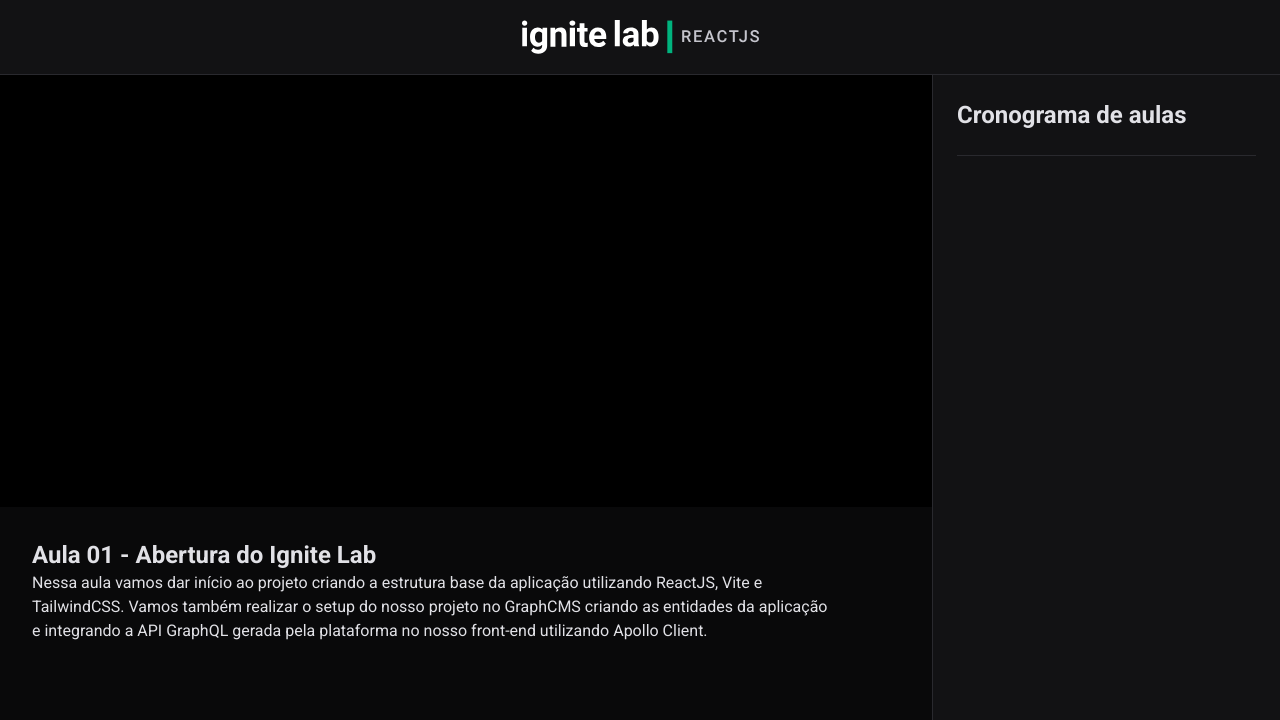
Repository: XFERRER7/Ignite-lab
Page: /
The author's editor kept a copy of each file at every save. The page is drawn from the files as they stood at one save, then again after the next save.
The browser window is 1280 px wide. The pictures show the whole page.
The page's requests for data from a server got no answer. The project was rebuilt for these pictures with package versions that can differ from the ones it lists, and the page was loaded fresh each time. No one was signed in, and anything a server would have sent is missing. Also part of the build but not shown: vite.config.ts, src/components/Lesson.tsx.

Above is the page before, as saved 2022-06-26 01:51:15.

### index.html
<!DOCTYPE html>
<html>
  <head>
    <meta charset="UTF-8" />
    <link rel="icon" type="image/svg+xml" href="/src/favicon.svg" />
    <meta name="viewport" content="width=device-width, initial-scale=1.0" />
    <title>Event Platform</title>
    <link rel="preconnect" href="https://fonts.googleapis.com">
<link rel="preconnect" href="https://fonts.gstatic.com" crossorigin>
<link href="https://fonts.googleapis.com/css2?family=Roboto:wght@400;500;700&display=swap" rel="stylesheet">
  </head>
  <body>
    <div id="root"></div>
    <script type="module" src="/src/main.tsx"></script>
  </body>
</html>

### src/main.tsx
import { ApolloProvider } from '@apollo/client'
import React from 'react'
import ReactDOM from 'react-dom/client'
import App from './App'
import { client } from './lib/apollo'
import './styles/Global.css'

ReactDOM.createRoot(document.getElementById('root')!).render(
  <React.StrictMode>
    <ApolloProvider client={client}>
    <App />
    </ApolloProvider>
  </React.StrictMode>
)

### src/App.tsx
import { Header } from "./components/Header"
import { Lesson } from "./components/Lesson"
import { SideBar } from "./components/SideBar"
import { Video } from "./components/Video"
import { Event } from "./pages/Event"

function App() {

  return (
    <div>
      <Event/>
    </div>
  )
}

export default App

### src/lib/apollo.ts
import { ApolloClient, InMemoryCache } from "@apollo/client";

export const client = new ApolloClient({
  uri: 'https://api-sa-east-1.graphcms.com/v2/cl4oe0npq21lo01xi4o5e7kb5/master',
  cache: new InMemoryCache()
})

### src/styles/Global.css
@tailwind base;
@tailwind components;
@tailwind utilities;

body {
  @apply text-gray-100 bg-gray-900;
  -webkit-font-smoothing: antialiased;
}

### src/pages/Event.tsx
import React from 'react'
import { Header } from '../components/Header'
import { SideBar } from '../components/SideBar'
import { Video } from '../components/Video'

export const Event = () => {
  return (
    <>
    <div className='flex flex-col min-h-screen'>
      <Header/>
      <main className='flex flex-1'>
      <Video/>
      <SideBar/>
      </main>
    </div>

    </>
  )
}

### src/components/Header.tsx
import React from 'react'
import { Logo } from './Logo'

export const Header = () => {
  return (
    <header className='w-full py-5 flex items-center justify-center bg-gray-700 border-b border-gray-600'>
      <Logo/>
    </header>
  )
}

### src/components/SideBar.tsx
import { gql, useQuery } from '@apollo/client'
import React from 'react'
import { Lesson } from './Lesson'


const GET_LESSONS_QUERY = gql`
  query {
    lessons(orderBy: availableAt_ASC, stage: PUBLISHED) {
      id
      slug
      title
      availableAt
      lessonType
    }
}

`

interface GetLessonsQueryResponse {
  lessons: {
    id: string
    slug:string
    title:string
    availableAt:string
    lessonType: 'live' | 'class'
  }[]
}


export const SideBar = () => {

  const {data} = useQuery<GetLessonsQueryResponse>(GET_LESSONS_QUERY)

  return (
    <aside className='w-[348px] bg-gray-700 p-6 border-l border-gray-600'>
      <span className='font-bold text-2xl pb-6 mb-6 border-b border-gray-600 block'>Cronograma de aulas</span>

      <div className='flex flex-col gap-8'>
        {
          data?.lessons.map(lesson => {
            return (
              <Lesson
              title={lesson.title}
              slug={lesson.slug}
              avaliableAt={new Date(lesson.availableAt)}
              type={lesson.lessonType}/>
            )
          })
        }

      </div>
    </aside>
  )
}

### src/components/Video.tsx
import React from 'react'

export const Video = () => {
  return (
    <div className="flex-1">
      <div className="bg-black flex justify-center">
        <div className='h-full w-full max-w-[1100px] max-h-[60vh] aspect-video'></div>
      </div>

      <div className='p-8 max-w-[1100px] mx-auto'>

        <div className='flex items-start gap-16'>
          <div className='flex-1'>
            <h1 className='text-2xl font-bold'>Aula 01 - Abertura do Ignite Lab</h1>
            <p className=''>
              Nessa aula vamos dar início ao projeto criando a estrutura base da aplicação
              utilizando ReactJS, Vite e TailwindCSS. Vamos também realizar o setup do nosso
              projeto no GraphCMS criando as entidades da aplicação e integrando a API GraphQL
              gerada pela plataforma no nosso front-end utilizando Apollo Client.
            </p>
          </div>
          <div>

          </div>
        </div>

        <div>

        </div>

      </div>

    </div>
  )

}

### src/components/Logo.tsx
import React from "react";

export function Logo() {
  return (
    <svg
      xmlns="http://www.w3.org/2000/svg"
      width="237"
      height="34"
      fill="none"
      viewBox="0 0 237 34"
    >
      <path
        fill="#fff"
        d="M.002 3.112a2.49 2.49 0 01.165-.987c.12-.314.304-.595.535-.83A2.906 2.906 0 012.615.572c.698 0 1.374.257 1.912.723.23.24.412.524.536.837a2.701 2.701 0 010 1.979 2.568 2.568 0 01-.536.837 2.889 2.889 0 01-1.907.723 2.901 2.901 0 01-1.908-.723 2.458 2.458 0 01-.538-.84 2.645 2.645 0 01-.172-.996zm4.96 23.146H.273V7.862h4.689v18.397zM8.012 16.973c0-2.853.686-5.145 2.055-6.883a6.653 6.653 0 015.528-2.606 5.869 5.869 0 014.802 2.09l.2-1.751h4.538v17.95a7.891 7.891 0 01-1.12 4.246 7.243 7.243 0 01-3.147 2.752 11.155 11.155 0 01-4.742.94c-1.378 0-2.74-.279-4.008-.812a7.08 7.08 0 01-2.946-2.11l2.208-3.02a5.905 5.905 0 004.543 2.08 4.356 4.356 0 003.104-1.059 3.938 3.938 0 001.103-2.993v-.994a5.775 5.775 0 01-4.555 1.935 6.647 6.647 0 01-3.05-.652 6.615 6.615 0 01-2.408-1.967c-1.397-1.752-2.085-4.089-2.085-6.942v-.21h-.025l.005.006zm4.997.355a6.723 6.723 0 001.026 3.956 3.233 3.233 0 002.799 1.443c.651.045 1.3-.088 1.878-.39a3.52 3.52 0 001.396-1.305v-7.825a3.448 3.448 0 00-1.374-1.305 3.504 3.504 0 00-1.86-.39 3.28 3.28 0 00-1.61.365 3.22 3.22 0 00-1.219 1.103c-.688.975-1.036 2.418-1.036 4.348zM33.098 7.833l.158 2.196a6.527 6.527 0 012.371-1.927 6.38 6.38 0 012.971-.62c1.97 0 3.438.597 4.39 1.79.953 1.194 1.456 2.936 1.486 5.293v12.249h-4.962V14.683a3.367 3.367 0 00-.684-2.344 3.086 3.086 0 00-1.069-.598 3.008 3.008 0 00-1.211-.13 3.349 3.349 0 00-1.821.454c-.553.32-1.01.794-1.313 1.367v13.37H28.45V7.845l4.647-.012zM47.512 3.112a2.304 2.304 0 01.185-.988 2.42 2.42 0 01.59-.831A3.439 3.439 0 0150.404.57c.772 0 1.52.256 2.117.723.508.486.792 1.142.792 1.826 0 .683-.284 1.34-.792 1.826a3.417 3.417 0 01-2.11.723c-.77 0-1.517-.257-2.11-.723a2.47 2.47 0 01-.594-.839 2.342 2.342 0 01-.19-.994h-.005zm5.483 23.149h-5.18V7.86h5.18v18.4zM62.454 3.334v4.612h3.107v3.677h-3.107v9.382c-.05.53.091 1.063.395 1.495a1.824 1.824 0 001.473.45c.476.002.95-.035 1.421-.114v3.803a9.672 9.672 0 01-2.939.449c-3.398 0-5.128-1.775-5.19-5.32V11.644h-2.642V7.968h2.643V3.356h4.841v-.025l-.002.003zM76.487 27.08a9.277 9.277 0 01-6.759-2.55c-1.74-1.699-2.605-3.957-2.605-6.797v-.494a11.295 11.295 0 011.098-5.08 8.141 8.141 0 013.111-3.465 8.72 8.72 0 014.59-1.22c2.577 0 4.62.815 6.098 2.449 1.478 1.633 2.226 3.94 2.226 6.929v2.055h-12.01a4.665 4.665 0 001.473 2.971 4.487 4.487 0 003.111 1.111 5.426 5.426 0 004.548-2.115l2.476 2.781a7.506 7.506 0 01-3.07 2.507 9.81 9.81 0 01-4.287.916v.002zm-.594-15.514a3.127 3.127 0 00-2.428 1.012 5.405 5.405 0 00-1.188 2.912h7.006v-.405a3.749 3.749 0 00-.908-2.608 3.252 3.252 0 00-2.45-.908h-.03l-.002-.003zM97.771 26.259h-4.957V0h4.957V26.26zM112.209 26.259c-.227-.444-.392-.997-.496-1.659-1.196 1.333-2.751 2.002-4.666 2.002-1.811 0-3.314-.523-4.504-1.572-1.191-1.049-1.786-2.372-1.786-3.966 0-1.96.725-3.464 2.179-4.513 1.453-1.049 3.553-1.58 6.3-1.59h2.273v-1.06c0-.854-.22-1.54-.659-2.051-.44-.513-1.131-.77-2.078-.77-.832 0-1.486.2-1.957.6-.474.4-.708.945-.708 1.64h-4.941c0-1.07.331-2.062.992-2.973.662-.91 1.597-1.626 2.804-2.144 1.206-.518 2.564-.778 4.069-.778 2.28 0 4.089.573 5.429 1.718 1.34 1.145 2.009 2.756 2.009 4.83v8.017c.012 1.754.256 3.082.735 3.983v.29h-4.992l-.003-.004zm-4.086-3.435c.728 0 1.402-.163 2.016-.486.614-.326 1.071-.76 1.367-1.308v-3.181h-1.846c-2.472 0-3.79.854-3.948 2.564l-.017.291c0 .614.217 1.123.649 1.523.434.4 1.026.6 1.779.6v-.003zM136.58 17.183c0 2.963-.632 5.273-1.898 6.931-1.265 1.659-3.032 2.488-5.3 2.488-2.006 0-3.608-.77-4.805-2.308l-.222 1.967h-4.444V.001h4.94v9.418c1.14-1.332 2.638-2 4.496-2 2.256 0 4.025.828 5.308 2.487 1.283 1.658 1.923 3.992 1.923 7v.274l.002.003zm-4.94-.358c0-1.868-.296-3.233-.889-4.094-.592-.861-1.475-1.29-2.65-1.29-1.572 0-2.655.643-3.247 1.932v7.299c.604 1.298 1.697 1.95 3.282 1.95 1.584 0 2.643-.788 3.146-2.36.239-.752.358-1.897.358-3.437z"
      ></path>
      <path
        fill="#C4C4CC"
        d="M164.51 17.501h-2.283v4.53h-2.048v-11.78h4.143c1.36 0 2.408.306 3.149.915.74.61 1.108 1.493 1.108 2.648 0 .787-.19 1.449-.57 1.98-.38.532-.911.94-1.59 1.226l2.646 4.906v.106h-2.194l-2.364-4.531h.003zm-2.283-1.65h2.105c.691 0 1.229-.176 1.619-.524.39-.348.582-.824.582-1.429 0-.604-.18-1.12-.538-1.466-.358-.345-.893-.523-1.606-.533h-2.162V15.85zM179.066 16.773h-4.839v3.625h5.656v1.634h-7.704V10.25h7.648v1.65h-5.6v3.253h4.839v1.62zM189.803 19.29h-4.565l-.955 2.744h-2.127l4.452-11.783h1.836l4.459 11.783h-2.137l-.963-2.744zm-3.99-1.65h3.415l-1.707-4.89-1.708 4.89zM204.716 18.197c-.119 1.256-.583 2.238-1.392 2.941-.81.703-1.885 1.056-3.228 1.056-.938 0-1.764-.222-2.48-.668-.715-.445-1.266-1.079-1.656-1.898-.387-.82-.589-1.772-.607-2.858v-1.1c0-1.11.198-2.09.59-2.937.392-.846.96-1.5 1.695-1.96.736-.458 1.587-.688 2.554-.688 1.301 0 2.347.353 3.139 1.057.792.703 1.254 1.7 1.385 2.99h-2.039c-.096-.846-.343-1.458-.74-1.833-.397-.375-.977-.563-1.745-.563-.89 0-1.574.326-2.05.977-.479.652-.721 1.605-.733 2.863v1.044c0 1.273.227 2.245.683 2.917.457.668 1.123 1.004 2.004 1.004.805 0 1.409-.18 1.814-.543.405-.363.661-.962.77-1.804h2.038l-.002.003zM216.481 11.902h-3.674v10.132h-2.031V11.902h-3.642V10.25h9.347v1.65zM222.759 10.251h2.039v8.262c0 1.127-.353 2.023-1.057 2.687-.703.664-1.633.995-2.788.995-1.229 0-2.179-.311-2.848-.93-.669-.62-1.004-1.484-1.004-2.59h2.038c0 .627.156 1.096.467 1.412.31.316.76.474 1.347.474.55 0 .989-.183 1.315-.545.326-.366.489-.867.489-1.51V10.25h.002zM234.952 18.999c0-.518-.183-.918-.545-1.197-.363-.279-1.022-.563-1.972-.849-.95-.286-1.705-.604-2.265-.955-1.074-.674-1.612-1.555-1.612-2.638 0-.95.388-1.732 1.163-2.347.774-.614 1.779-.922 3.015-.922.819 0 1.55.15 2.194.454a3.597 3.597 0 011.513 1.29c.367.558.55 1.177.55 1.858h-2.038c0-.614-.193-1.095-.578-1.443-.385-.348-.938-.524-1.656-.524-.668 0-1.189.144-1.557.43-.37.286-.555.686-.555 1.197 0 .432.2.792.6 1.08.399.29 1.056.57 1.974.842.918.271 1.653.582 2.208.93.556.348.963.748 1.222 1.197.259.452.387.977.387 1.582 0 .982-.375 1.762-1.127 2.342-.753.58-1.775.87-3.063.87a5.755 5.755 0 01-2.352-.473c-.715-.316-1.27-.75-1.668-1.308-.397-.555-.594-1.204-.594-1.942h2.048c0 .669.222 1.187.664 1.555.441.367 1.075.55 1.902.55.713 0 1.246-.143 1.607-.432.357-.288.538-.671.538-1.145l-.003-.002z"
      ></path>
      <path fill="#00B37E" d="M150.271 33.146h-4.958V.57h4.958v32.576z"></path>
    </svg>
  );
}

### tailwind.config.js
/** @type {import('tailwindcss').Config} */
module.exports = {
  content: [
    './src/**/*.tsx'
  ],
  theme: {
    extend: {
      fontFamily: {
        sans: 'Roboto, sans-serif'
      },
      colors: {
        green: {
          300: '#00B37E',
          500: '#00875F',
          700: '#015F43',
        },
        blue: {
          500: '#81D8F7',
        },
        orange: {
          500: '#FBA94C',
        },
        red: {
          500: '#F75A68',
        },
        gray: {
          100: '#E1E1E6',
          200: '#C4C4CC',
          300: '#8D8D99',
          500: '#323238',
          600: '#29292E',
          700: '#121214',
          900: '#09090A'
        }
      }
    },
  },
  plugins: [],
}

After the next save:
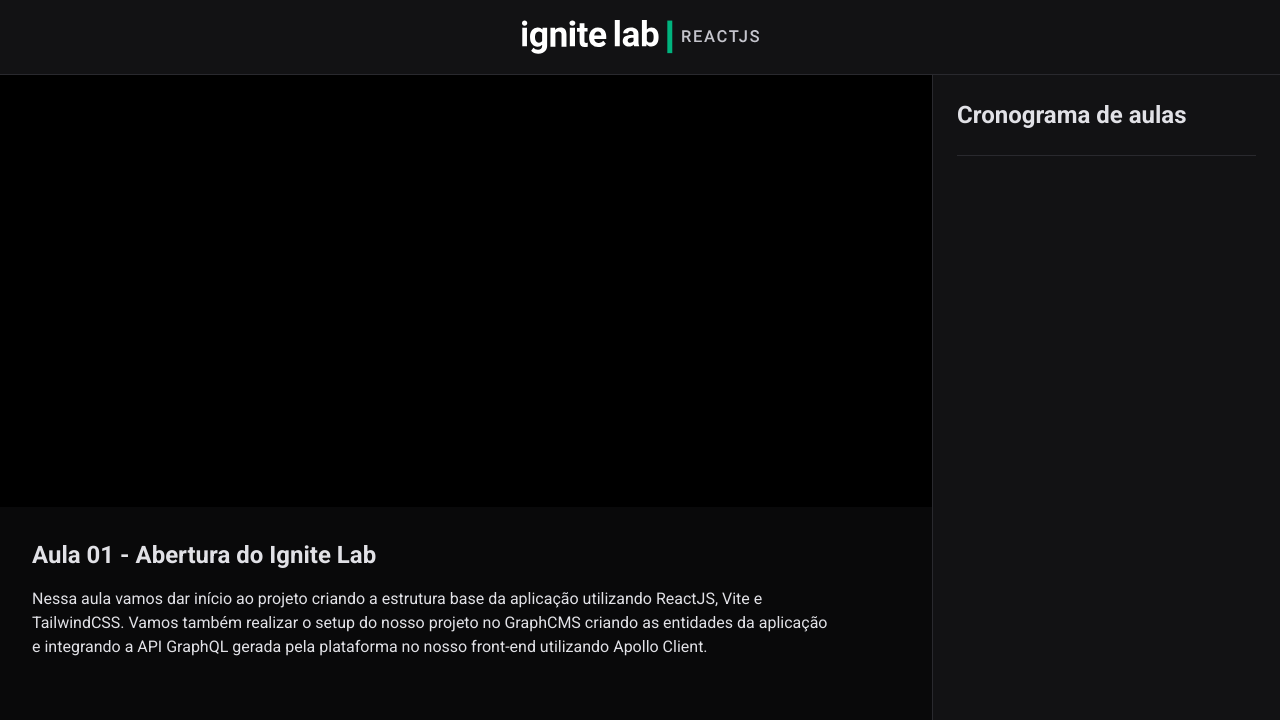
Saved 6 s later.
--- a/src/components/Video.tsx
+++ b/src/components/Video.tsx
@@ -12,7 +12,7 @@
         <div className='flex items-start gap-16'>
           <div className='flex-1'>
             <h1 className='text-2xl font-bold'>Aula 01 - Abertura do Ignite Lab</h1>
-            <p className=''>
+            <p className='mt-4'>
               Nessa aula vamos dar início ao projeto criando a estrutura base da aplicação
               utilizando ReactJS, Vite e TailwindCSS. Vamos também realizar o setup do nosso
               projeto no GraphCMS criando as entidades da aplicação e integrando a API GraphQL
